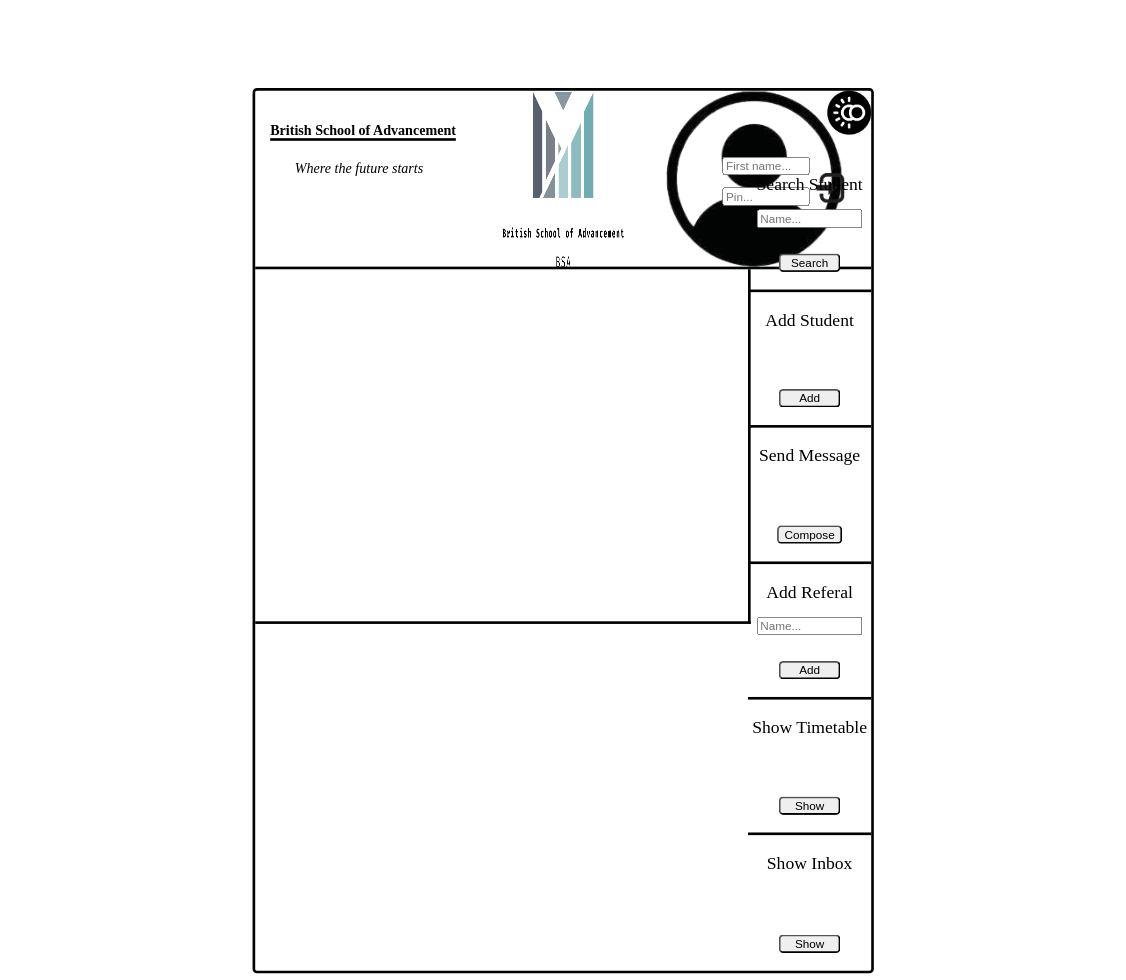
Repository: ghend99/Guardian-Application
Page: index.html
These files come from the project's save history. The page is drawn as it stood at one moment and after the next save; the edit follows.
The browser window is 1280 px wide. The pictures show the whole page, at 88% of full size.

Above is the page before, as saved 2023-06-05 20:56:15.

After the next save:
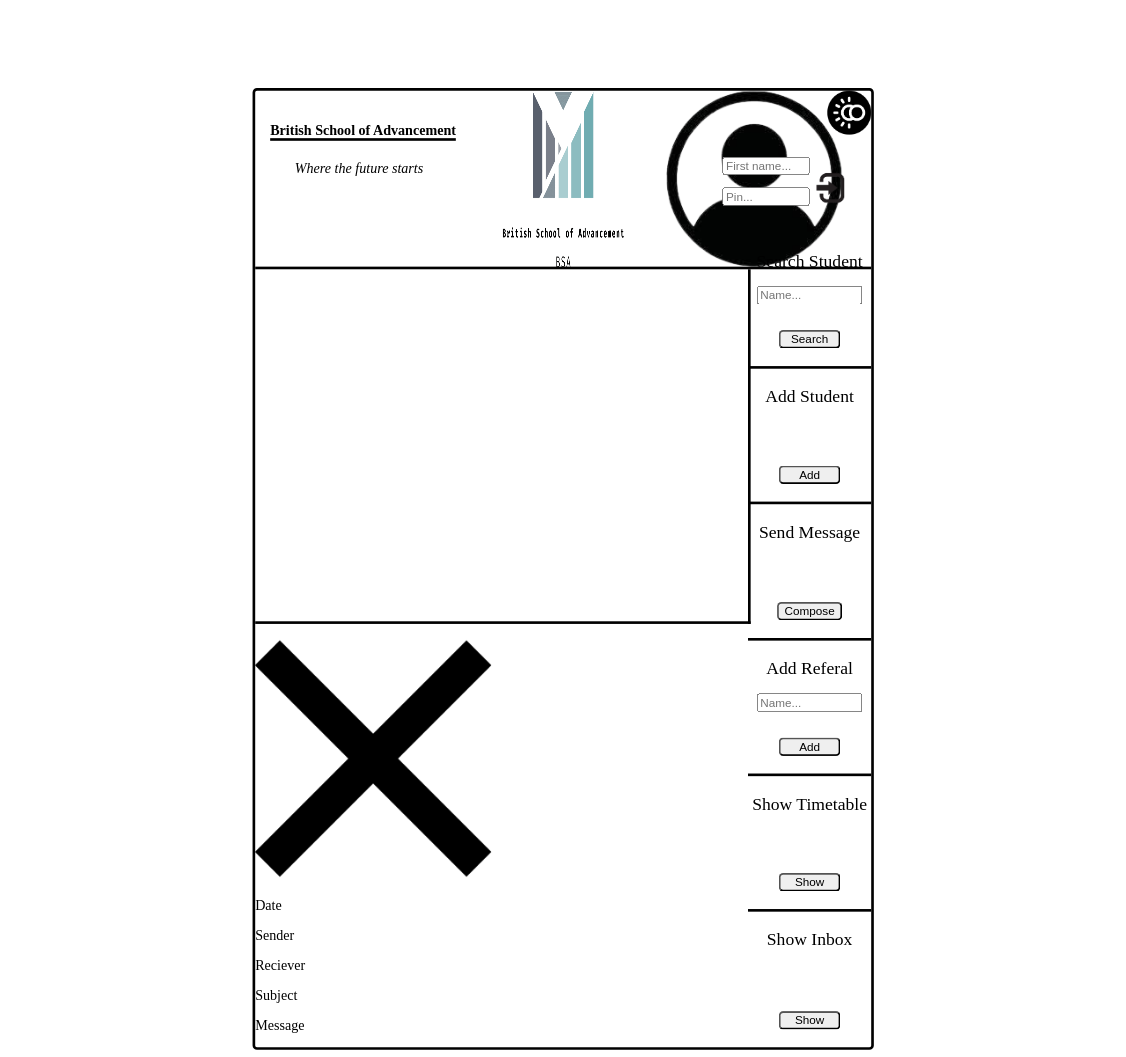
Saved 23 s later.
--- a/index.html
+++ b/index.html
@@ -117,6 +117,29 @@
         </p>
         <p id="password-reset" class="student-information">Reset Password</p>
       </div>
+
+      <div id="student-management-container">
+        <p class="student-management-heading"></p>
+        <img id="student-management-close" src="./images/close.png" />
+        <div id="timetable-container"></div>
+        <div id="inbox-container">
+          <div id="inbox-header">
+            <p>Date</p>
+            <p>Sender</p>
+            <p>Reciever</p>
+            <p>Subject</p>
+            <p>Message</p>
+          </div>
+          <div id="inbox-line">
+            <p></p>
+            <p></p>
+            <p></p>
+            <p></p>
+            <p></p>
+          </div>
+        </div>
+      </div>
+    </div>
     </div>
 
     <script src="main.js"></script>
